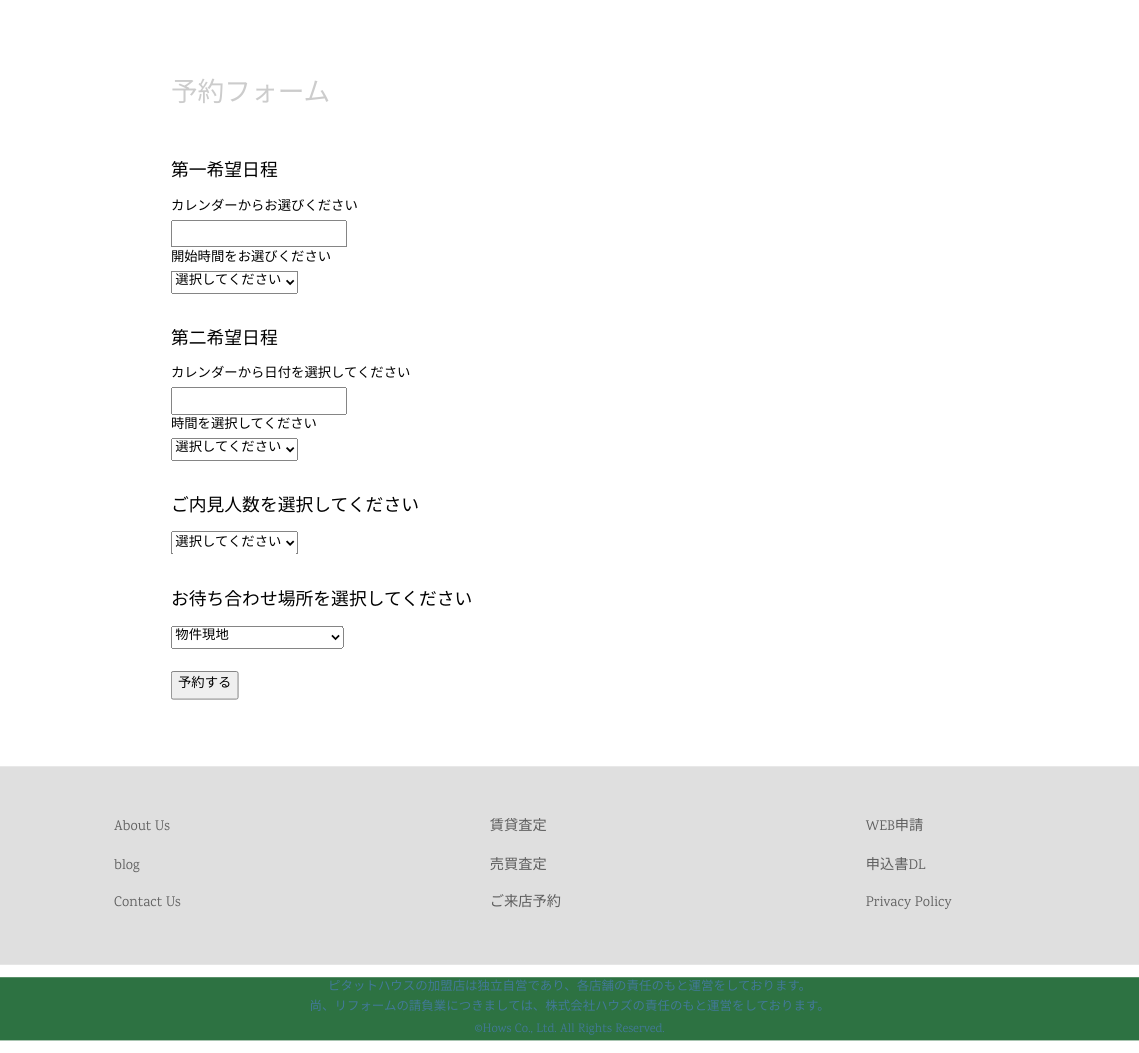
Repository: tuwen0803/contactform
Page: reservation.html
The author's editor kept a record of every edit. The page is drawn from the files as they stood at one moment, then again after the next edit.
The browser window is 1280 px wide. The pictures show the whole page, at 89% of full size.
Some web libraries are served in a nearby version.

Above is the page before.

### reservation.html
<!DOCTYPE html>
<html lang="ja">
  <head>
    <meta charset="utf-8">
    <meta name="google-site-verification" content="7c41P-AW5MRqSarSAyPDifDhND_4h5A-mZxYMBcLPTQ" />

    <meta name="description" content="白金台に根差した地域密着の不動産会社です！ピタットハウス白金台では白金エリアの賃貸・売買物件情報を豊富に取り扱っております。不動産だけではなくいろいろな地域の情報も伝えいたします">
    <meta name="keywords" content="白金台,不動産,賃貸,売買,ピタットハウス">
    <meta name="author" content="TU WEN">
    <meta name="viewport" content="width=device-width,initial-scale=1">



        <link rel="apple-touch-icon" size=""href="images/favicon.png">
        <link rel="icon" type="image/gif" href="images/favicon.png">
        <link href="https://fonts.googleapis.com/css?family=M+PLUS+Rounded+1c" rel="stylesheet">
        <link href="https://fonts.googleapis.com/css2?family=Cairo:wght@600&display=swap" rel="stylesheet">
        <link rel="stylesheet" href="https://fonts.googleapis.com/css?family=Karma">
        <link rel="stylesheet" href="https://www.w3schools.com/w3css/4/w3.css">
        <link rel="stylesheet" href=style.css>
    <!-- jQuery -->
    <script src="https://code.jquery.com/jquery-3.5.1.min.js"></script>
    <!-- jQuery UI -->
    <script src="https://ajax.googleapis.com/ajax/libs/jqueryui/1.12.1/jquery-ui.min.js"></script>
    <link rel="stylesheet" href="https://ajax.googleapis.com/ajax/libs/jqueryui/1.12.1/themes/smoothness/jquery-ui.css">
    <script src="https://ajax.googleapis.com/ajax/libs/jqueryui/1/i18n/jquery.ui.datepicker-ja.min.js"></script>

    <!--CSS-->




        <style>
        body,h1,h2,h3,h4,h5,h6 {font-family: "Karma", sans-serif}

        </style>
  <body>

<script src="http://ajax.googleapis.com/ajax/libs/jqueryui/1/jquery-ui.min.js"></script>
<link rel="stylesheet" href="http://ajax.googleapis.com/ajax/libs/jqueryui/1/themes/flick/jquery-ui.css">

<div class="gallary-section">
<h2>予約フォーム</h2><br>
<form method="POST" action="contact/confirm.php">
  <h4>第一希望日程</h4>
  カレンダーからお選びください<br>
  <input type="text" class="calender"><div id="datepicker"></div>
  開始時間をお選びください<br>
	<select name="time">
	<option value=""> 選択してください</option>
	<option value="">10:00開始</option>
	<option value="">11:00開始</option>
	<option value="">12:00開始</option>
	<option value="">13:00開始</option>
	<option value="">14:00開始</option>
	<option value="">15:00開始</option>
	<option value="">16:00開始</option>
	<option value="">17:00開始</option>
	</select><br><br>
	 <h4>第二希望日程</h4>
	 カレンダーから日付を選択してください<br>
 <input type="text" class="calender"><div id="datepicker"></div>
   時間を選択してください<br>
	<select name="time">
	<option value=""> 選択してください</option>
	<option value="">10:00開始</option>
	<option value="">11:00開始</option>
	<option value="">12:00開始</option>
	<option value="">13:00開始</option>
	<option value="">14:00開始</option>
	<option value="">15:00開始</option>
	<option value="">16:00開始</option>
	<option value="">17:00開始</option>
	</select><br><br>

<h4>ご内見人数を選択してください</h4>
	<select name="persons">
	<option value=""> 選択してください</option>
	<option value="">1名様</option>
	<option value="">2名様</option>
	<option value="">3名様</option>
	<option value="">4名様以上</option>
	</select><br><br>

<h4>お待ち合わせ場所を選択してください</h4>
 	<select name="place">
  <option value="">物件現地</option>
  <option value="">弊社（港区白金台3-15-2）</option>

	</select>
	<br><br>
	<input type="submit" value="予約する" class="submit">
</form>
</div>
</div>

<div id="footer">
        <div class="clearfix2">

            <div class="box">
                    <p><a href="about.html">About Us</a></p>
                    <p><a href="blog">blog</a></p>
                    <p><a href="contact.html">Contact Us</a></p>
            </div>
            <div class="box">
                    <p><a href="sate-r.html">賃貸査定</a></p>
                    <p><a href="sate-s.html">売買査定</a></p>
                    <p><a href="contact.html">ご来店予約</a></p>
            </div>
            <div class="box">
                    <p><a href="kouzi.html">WEB申請</a></p>
                    <p><a href="download.html">申込書DL</a></p>
                    <p><a href="policy.html">Privacy Policy</a></p>
            </div>
        </div>

    </div>
        <p id="copyright" style="padding-bottom: 0">ピタットハウスの加盟店は独立自営であり、各店舗の責任のもと運営をしております。<br>尚、リフォームの請負業につきましては、株式会社ハウズの責任のもと運営をしております。<br>&copy;Hows Co., Ltd. All Rights Reserved.</p>








<script>
$(function() {
  $('.calender').datepicker({
    duration: 500,  // 指定ミリ秒の時間をかける
    showAnim: 'slideDown', // スライドダウンで表示する
  });
});


/*$(function() {
	var dateFormat = 'yy年mm月dd日';
    $("#datepicker").datepicker({
        dateFormat: dateFormat,
        minDate: 0,
        onSelect: function(dateText, inst) {
                    $("#date_val").val(dateText);
        }
    });
});*/
</script>
    </script>





  </body>
</html>

### style.css
@charset "UTF-8";

html{
    font-size: 100%;
}

body{
    font-family:"Karma", sans-serif;
    line-height: 1.7;
    color: #432;
    margin:45px 0;
    margin-bottom: 0;
}


/*padding :topdown   leftright*/
* {
  box-sizing: border-box;
}

a{
    text-decoration: none;
    color:black;
}

img{
    max-width: 100%;
}

h3{
    font-size: xx-large;
}

/*===========================グローバルナヴィ=============================*/
#navbar {
  overflow: hidden;
  background-color:white;
  transition: 0.4s;
  position: fixed;
  width: 100%;
  height:48px;
  top: 0px;
  margin: 0px auto;
  padding: 5px 15%;
  /*border: 5px solid #432;
  border-bottom: none;
  /*border-bottom: 1px solid #cccccc;*/
}

#howslogo{
    width: 185px;
    height:30px;
    opacity: 1;
    top:1px;
}

.boxnav1 {
  float: left;
  width: 33%;
  padding-bottom: 0;

}

.contactus{
    width: 162px;
    height:38;
    padding:4px 0;

}

.boxnav2{
  float:right;
  width: 10%;

}

.boxnav2 a{
    color:black;
    font-size:0.8rem;
}

.boxnav2 p{
    padding:7px 0;
}
.clearfixnav:after {
  content: "";

  clear: both;
  display:table;
  background-color:white;}

#globalnavbar{
  overflow: hidden;
  background-color:rgb(223, 223,223);
  transition: 0.4s;
  width: 100%;
  height:44px;
  padding: 8px 40px;
}


.boxnav3 {
  float:left;
  width: 25%;
  justify-content: space-around;
  text-align: center;
}

/*------物件リクエスト行の文字色とサイズ--------*/
.boxnav3 a{
    color: rgb(94,94,94);
    font-size: 1.25rem;
}


/*------ドロップダウンリスト----------*/

#globalnavbar ul {
  list-style-type: none;
  margin: 0px;
  padding: 0;
  overflow: hidden;
  background-color: transparent;
}


li {
  display: block;
}

li a, .dropbtn {
  display: inline-block;
  text-align: center;
  text-decoration: none;
  justify-content: space-around;
}


/*subnavbar hover color*/
.dropdown:hover .dropbtn {
  color:rgb(45,114,66);
}

/*subnavbar dropdown color*/
li a:hover {
  color: black;
}


li.dropdown {
  display: inline-block;
}

.dropdown-content {
  display: none;
  position: absolute;
  background-color: rgba(0,0,0,0.4);
  min-width: 160px;
  box-shadow: 0px 8px 16px 0px rgba(0,0,0,0.2);
  z-index: 1;
}

.dropdown-content a {
  color: white;
  padding: 10px 16px;
  text-decoration: none;
  display: block;
  text-align: left;
}

.dropdown-content a:hover {
    background-color:rgba(65,55,55,0.5);
    color:white;
}

.dropdown:hover .dropdown-content {
  display: block;

}

/*=======================グローバルナヴィ終わり============================*/

/*==============================スライド===============================*/

#slides{
 margin-bottom: 2%;
 margin-top: 6%;
}

/*=============================スライド終わり============================*/

/*=========================キーワード検索===========================*/

.keyword{
    padding: 2% 15%;
}

.top_section a :hover{
    color:white;
}

h2{
    color:#cccccc;
}
.container{
    padding: 0 15%;
}
.boxkw1 {
  float:left;
  width: 17%;
  padding: 4% 0;
  text-align: center;
  border: 1px solid  rgb(238,38,50);
}

.boxkw1:hover{
  background: rgb(238,38,50);/*#336699;*/
}

.boxkw2 {
  float:left;
  width: 17%;
  padding: 4% 0;
  text-align: center;
  border: 1px solid rgb(253,132,73);
  border-left: none;
}

.boxkw2:hover{
  background:rgb(253,132,73);
}
.boxkw3 {
  float:left;
  width: 16.5%;
  padding: 4% 0;
  text-align: center;
  border: 1px solid #cc9933;
  border-left: none;
}
.boxkw3:hover{
  background:#cc9933;
}
.boxkw4 {
  float:left;
  width: 16.5%;
  padding:4% 0;
  text-align: center;
  border: 1px solid rgb(45,114,66);
  border-left:none;
}

.boxkw4:hover{
  background:rgb(45,114,66);
}
.boxkw5 {
  float:left;
  width: 16.5%;
  padding: 4% 0;
  text-align: center;
  border: 1px solid rgb(64,180,225);
  border-left: none;
}
.boxkw5:hover{
  background:rgb(64,180,225);
}

.boxkw6 {
  float:left;
  width: 16.5%;
  padding: 4% 0;
  margin-bottom: 10%;
  text-align: center;
  border: 1px solid rgb(146,150,255);
  border-left: none;
}
.boxkw6:hover{
  background:rgb(146,150,255);
}
/*========================キーワード検索終わり============================*/


/*=========================ギャラリー==========================*/
.gallary-section {
    padding: 2% 0;
    color: black;
    margin: 0 15%;
}

iframe{
    max-width: 100%;
    margin:0;

}

.main{
    display: flex;
}

.container-news{
    display: block;
}

.container-news a{

}




/*==============================ギャラリー終わり========================*/

/*==============================table========================*/

table{
    border-collapse:collapse;
    border:4px solid #cccccc;
    margin: 40px;

}

tr:nth-child(odd){
    background: #dddddd;
}
td{
    border:4px solid #cccccc;
    padding:6px 40px;
}

.plan {
    text-align: center;
    border: none;
}

.plan tr:first-child{
color:white;
    background: #66aaff;
}

.plan tr:first-child td:first-child{
    background: white;
    border: none;
}


.seller{
    float:left;
    width: 50%;
    margin: auto;
}

.seller1{
    border-style: none;
}

.seller2{
    float:left;
    width:50%;
    margin: auto;
    padding-top:10%;
}

.seller3{
    float:left;
    width:50%;
    margin: auto;
}


.fadeIn_up {

  opacity: 0;
  transform: translate(0, 50%);
  transition: 2s;
}
.fadeIn_up.is-show {
  transform: translate(0, 0);
  opacity: 1;
}

/*==============================table終わり========================*/

/**==============================Print対応=============================**/
@media print {

    @page{
        margin:0;
    }

    html, body {
        display: block;
        background: #FFF;
    }

    body{
        display: block;
        margin: 50px;
    }

    #globalnavbar {
        display: none;
    }

    #footer{
        display: none;
    }
    #navbar{
        display: none;
    }
    table { page-break-inside:avoid;}

    tr{ page-break-inside:avoid; page-break-after:avoid;}
}
/**=========================== Print対応終わり==========================**/

/**==============================スマホ対応=============================**/


@media (max-width: 600px) {


    /*img{
        height: inherit;
}*/

    h3{
        font-size:2.2rem;
    }

  #navbar {
    padding:0 2%;
    margin: 0;
    height:48px;
    top:1px;
  }

 .dropdown .dropbtn{
     font-size:1.0rem;
 }

  .boxnav2 {
      width: 20%;
    }
    .boxnav3{
      width:100%;
      border-bottom: 1px solid white;
    }

    .boxnav3 a{
      font-size:1.6rem;
    }

    .boxnav3 a dropbtn{
        width:100%;
        text-align: center;
    }

  #navbar a {
    float: none;
    display: block;
    text-align: left;
  }

  #navbar-right {
    float: none;
  }

    .clearfix h2{
        font-size: 2rem;
    }

    .boxkw1{
        width:100%;
    }

    .boxkw2{
        width:100%;
        border: 1px solid rgb(253,132,73);
    }

    .boxkw3{
        width:100%;
        border: 1px solid  #cc9933;
    }

    .boxkw4{
        width:100%;
        border: 1px solid  rgb(45,114,66);
    }

    .boxkw5{
        width:100%;
        border: 1px solid  rgb(64,180,225);
    }

    .boxkw6{
        width:100%;
        border: 1px solid rgb(146,150,255);
    }

    /**/
    .box{
        margin: 0,-80px;
        padding: 0 ;
        width: 100%;
    }

    #globalnavbar{
        height:110px;
        margin-top: 0px;
    }

    #slides{
        margin-top: 158px;
    }

    .seller{
    width: 100%;
    margin: 15px;
    }


    /**footer**/
    #footer .box{
        float: left;
        width:100%;
        padding: 0;
    }

    #footer p{
        text-align:center;
    }

    #footer p a{
        font-size: 1.6rem;
    }

}


/**==================スマホ対応　終わり====================**/


/**==================フッター====================**/

#footer{
    background: rgb(223, 223,223);
    margin-top:50px;
    margin-bottom: 0;
}

#footer a{
    color:rgb(94, 94,94);
    font-size: 1rem;
}

#footer a:hover{
    color:rgb(45,114,66);
}

#line{
    color:white;
    text-align:center;
    padding: 26px 5%;
    padding-top: 25px;
    font-size: 1.25rem;
    display: flex;
    justify-content: space-between;
    }

#line b{
    margin-right: 30px;
}

#lineme{
    padding-top: 15px;
    padding-bottom: 15px;
}
#lineme img{
    margin: -15px;
}

#emailme{
    clear:left;
    float:right;
    background color:transparent;
    text-align:center;
    padding-top:90px;
    font-size: 0.875rem;
}

.box {
  float: left;
  width: 33%;
  padding: 40px 10%;
}


.clearfix2:after {
  content: "";
  clear: both;
  display:table;
  margin: -20;
}


#copyright{
    background:rgb(45,114,66);
    color: #427998;
    font-size: 0.875rem;
    padding:0 5px;
    text-align:center;
}

/**===============download page==============**/
.clearfix3:after {
  content: "";
  clear: both;
  display:table;
  margin: -20;

}

.box7 {
  float: left;
  width: 30%;
  padding:3% 4%;
  border: 1px solid #336699;
  height:250px;
  margin:1.6%;
  margin-bottom: 0;
}


/**===============download page==============**/

After the next edit:
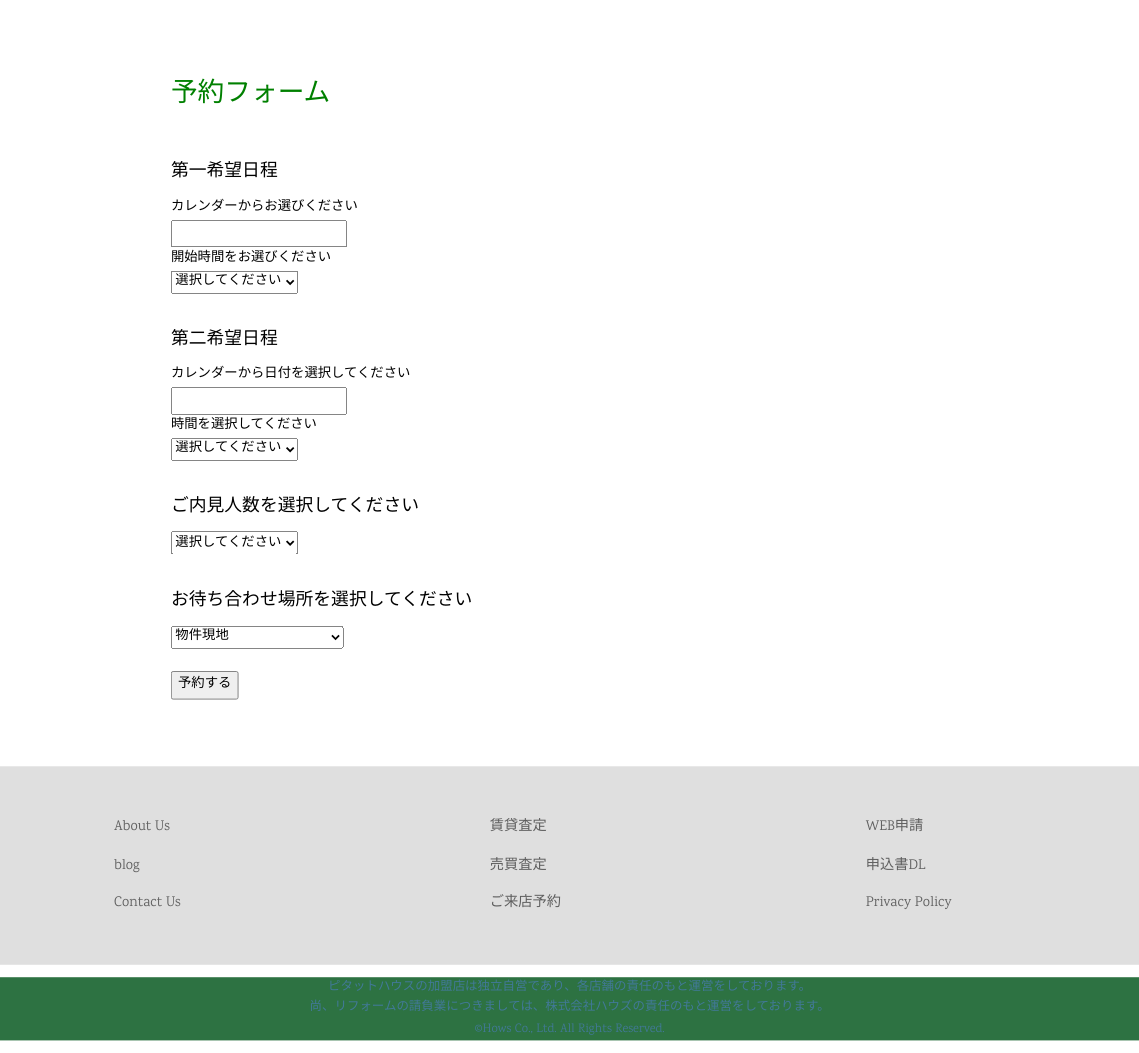
The edit:
--- a/reservation.html
+++ b/reservation.html
@@ -40,7 +40,7 @@
 <link rel="stylesheet" href="http://ajax.googleapis.com/ajax/libs/jqueryui/1/themes/flick/jquery-ui.css">
 
 <div class="gallary-section">
-<h2>予約フォーム</h2><br>
+<h2 style=color:Green;>予約フォーム</h2><br>
 <form method="POST" action="contact/confirm.php">
   <h4>第一希望日程</h4>
   カレンダーからお選びください<br>
